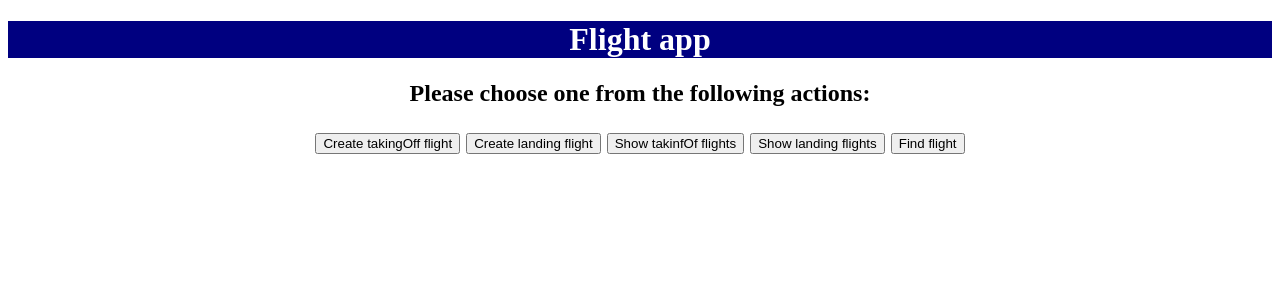
Repository: kerenrachev/Flight-App-Project
Page: FlightApp/WebContent/Web.html
An editor plug-in stored every save of this project. The page is shown before and after the next save, followed by the edit.
The browser window is 1280 px wide. The pictures show the whole page.

Above is the page before, as saved 2020-08-19 15:39:24.

### FlightApp/WebContent/Web.html
<!DOCTYPE html>
<html>
<head>
<meta charset="windows-1255">
<title>"HELLO"</title>
</head>
<style>
h1 {
  background-color: navy;
  color: white;
  text-align: center;
}
h2{
  text-align: center;
  font-size: 15;
}
</style>
<body>
<h1> Flight app </h1>
<h2> Please choose one from the following actions: <h2>
<button type="Button">Create takingOff flight</button>
<button type="Button">Create landing flight</button>
<button type="Button">Show takinfOf flights</button>
<button type="Button">Show landing flights</button>
<button type="Button">Find flight</button>


<script> alert ('hey')</script>
</body>
</html>

After the next save:
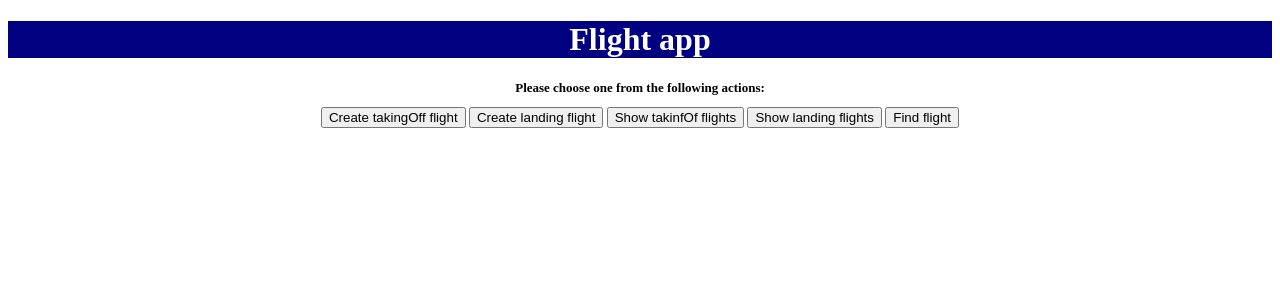
Saved 86 s later.
--- a/FlightApp/WebContent/Web.html
+++ b/FlightApp/WebContent/Web.html
@@ -12,7 +12,7 @@ h1 {
 }
 h2{
   text-align: center;
-  font-size: 15;
+  font-size: small;
 }
 </style>
 <body>
